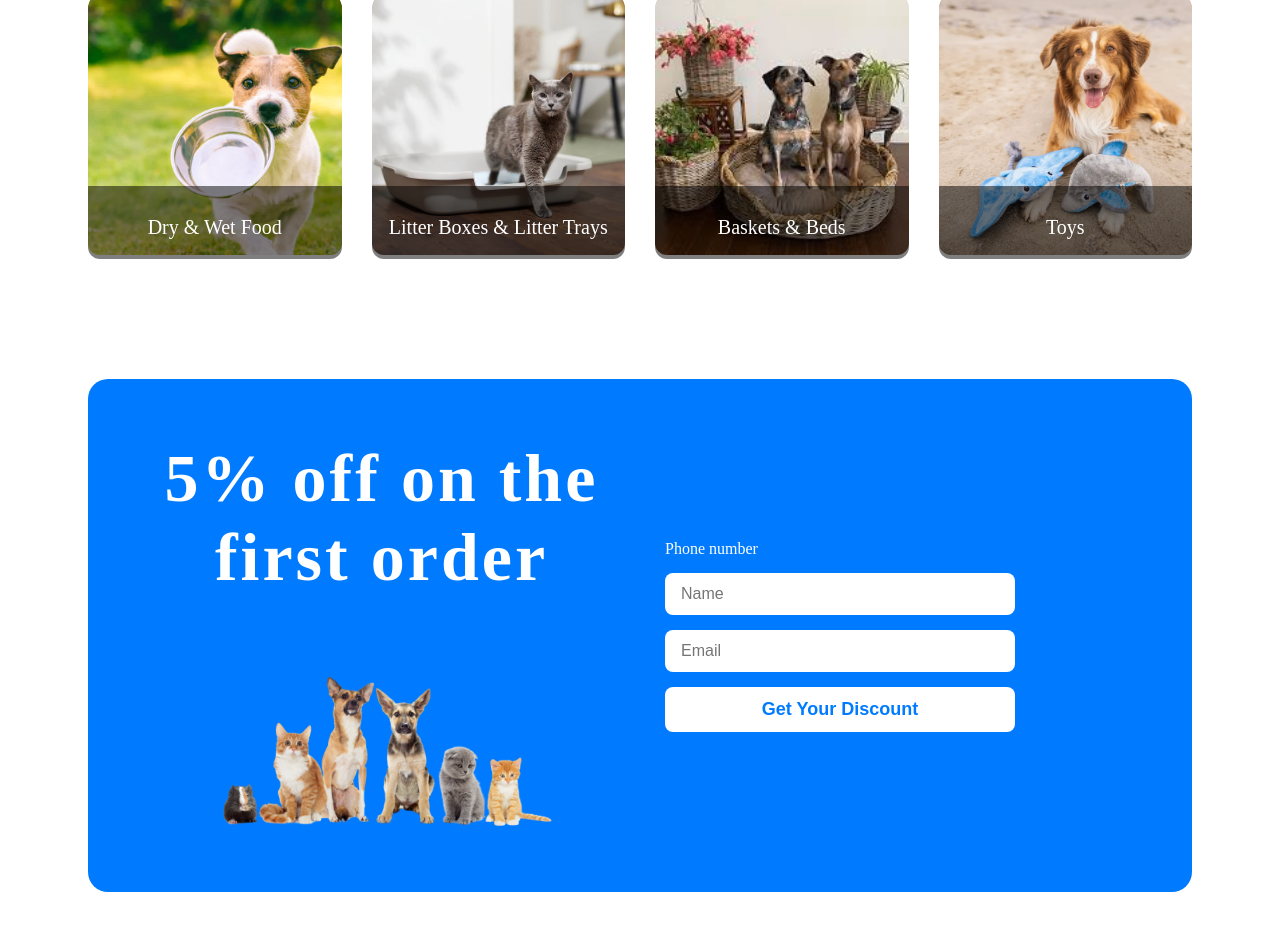
Repository: JuliiaJuliia/pet-shop-frontend
Page: / (app in pet-shop-frontend/)
The author's editor kept a copy of each file at every save. The page is drawn from the files as they stood at one save, then again after the next save.
The browser window is 1280 px wide. The pictures show the part of the page from y = 788 to 1740 px (the page is 1740 px tall).
The project was rebuilt for these pictures with package versions that can differ from the ones it lists, and the page was loaded fresh each time. Also part of the build but not shown: pet-shop-frontend/vite.config.js, pet-shop-frontend/src/pages/CheckoutPage.jsx, pet-shop-frontend/src/api/axios.js, pet-shop-frontend/src/components/ProductList.jsx.

Above is the page before, as saved 2025-11-06 14:30:08.

After the next save:
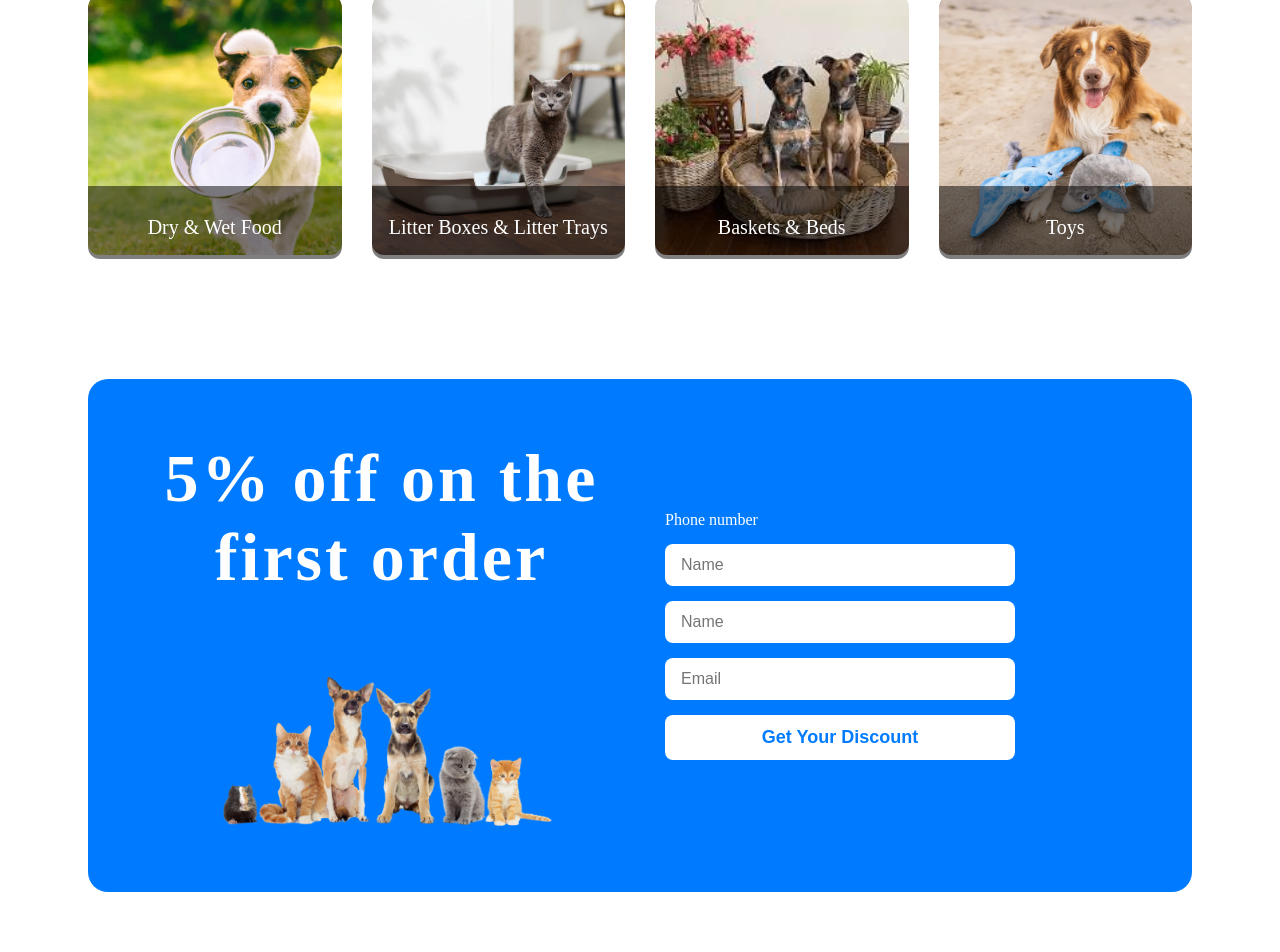
Saved 7 s later.
--- a/pet-shop-frontend/src/components/DiscountBanner.jsx
+++ b/pet-shop-frontend/src/components/DiscountBanner.jsx
@@ -13,7 +13,7 @@ const DiscountBanner = () => {
         <div className="discount-banner__form">
           <form>Phone number
             <input type="text" placeholder="Name" required />
-
+            <input type="text" placeholder="Name" required />
             <input type="email" placeholder="Email" required />
             <button type="submit">Get Your Discount</button>
           </form>
